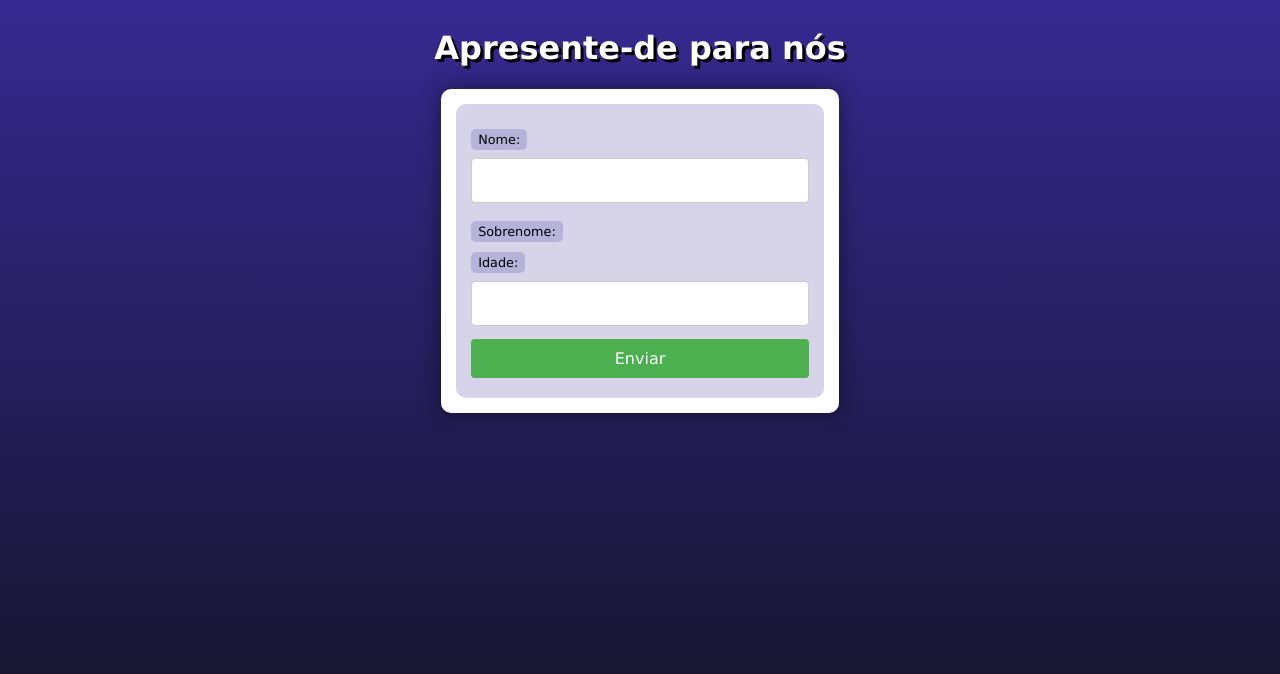
Repository: lcampagnaro/cursophp
Page: ex_form_php/Index.html
These files come from the project's save history. The page is drawn as it stood at one moment and after the next save; the edit follows.
The browser window is 1280 px wide. The pictures show the whole page.

Above is the page before, as saved 2023-08-29 14:13:16.

### ex_form_php/Index.html
<!DOCTYPE html>
<html lang="pt-br">
<head>
    <meta charset="UTF-8">
    <meta name="viewport" content="width=device-width, initial-scale=1.0">
    <title>Interação de Formulário PHP</title>
    <link rel="stylesheet" href="style.css">
</head>
<body>
    <header>
        <h1>Apresente-de para nós</h1>
    </header>
    <section>
        <form action="cad.php" method="get">
            <label for="nome">Nome:</label>
            <input type="text" name="nome" id="nome">
            <label for="sobrenome">Sobrenome:</label>
            <label for="idade">Idade:</label>
            <input type="number" name="idade" id="ididade">
            <input type="submit" value="Enviar">
        </form>

    </section>

</body>
</html>

### ex_form_php/style.css
@charset "UTF-8";

* {
    font-family: Verdana, Geneva, Tahoma, sans-serif;
    box-sizing: border-box;
}

/* ELEMENTOS DA INTERFACE */

body {
    background-color: #15142b;
    background-image: linear-gradient(180deg, #372991, #15142b);
    background-repeat: no-repeat;
    background-position: center center;
    background-size: cover;
    background-attachment: fixed;

    display: flex;
    flex-direction: column;
    flex-wrap: nowrap;
    justify-content: center;
    align-items: center;
}

header, main, section, article {
    max-width: 700px;
}

header > h1 {
    color: white;
    text-shadow: 3px 3px 0px black;
}

main, section, article {
    background-color: white;
    padding: 15px;
    margin-bottom: 20px;
    border-radius: 10px;
    box-shadow: 0px 0px 20px rgba(0, 0, 0, 0.502);
}

footer {
    display: block;
    width: 100vw;
    background-color: #291f6c;
    color: white;
    text-align: center;
    margin-top: auto;
    padding: 5px;
}

p {
    text-align: justify;
    line-height: 1.5em;
}

h2, h3, h4 {
    color: #372991;
    margin: 0 0 10px 0;
}

a {
    color: #15142b;
    background-color: rgba(55, 41, 145, 0.1);
    padding: 0 3px;
    font-weight: 600;
    text-decoration: none;
    border-bottom: .5px dotted #372991;
}

a:hover {
    color: #372991;
    border-bottom: 1px solid #372991;
}

/* TABELAS E LISTAS */

table {
    min-width: 400px;
    border-spacing: 0px;
    border: 0.5px solid #372991;
    margin: 10px auto;
}

table th {
    background-color: #372991;
    color: white;
    padding: 5px;
    text-align: left;
}

table td {
    padding: 5px;
}

table tr {
    background-color: rgba(55, 41, 145, 0.05);
}

table tr:nth-child(odd) {
    background-color: rgba(55, 41, 145, 0.3);
}

table.divisao {
    border: 1px solid white;
}

table.divisao td {
    background-color: white;
    padding: 20px;
    text-align: center;
    font-size: 2.5em;
}

table.divisao  tr:nth-child(1) td:nth-child(2) {
    border-bottom: 3px solid black;
    border-left: 3px solid black;
}

table.divisao tr:nth-child(2) td:nth-child(2) {
    border-left: 3px solid black;
}

table.divisao tr:nth-child(2) td:nth-child(1) {
    text-decoration: underline;
}

ul > li::marker {
    color: #372991;
}

/* ELEMENTOS DE FORMULÁRIO */

form {
    background-color: rgba(55, 41, 145, 0.2);
    padding: 15px;
    border-radius: 10px;
}

form label {
    display: block;
    width: fit-content;
    font-size: 0.8em;
    font-weight: 100;
    background-color: rgba(55, 41, 145, 0.2);
    padding: 3px 7px;
    margin-top: 10px;
    margin-bottom: 0px;
    border-radius: 5px;
}

input[type=text], [type=number], select, input[type=date], input[type=date], input[type=datetime], input[type=email], input[type=month], input[type=password], input[type=range], input[type=tel], input[type=time], input[type=week] {
    width: 100%;
    padding: 12px 20px;
    font-size: 1em;
    margin: 8px 0;
    display: inline-block;
    border: 1px solid #ccc;
    border-radius: 4px;
    box-sizing: border-box;
}

input[type=submit] {
    width: 100%;
    background-color: #4CAF50;
    font-size: 1em;
    color: white;
    padding: 10px 20px;
    margin: 5px 0;
    border: none;
    border-radius: 4px;
    cursor: pointer;
}

input[type=submit]:hover {
    background-color: #45a049;
}

input[type=reset] {
    width: 100%;
    background-color: #eb9903;
    font-size: 1em;
    color: white;
    padding: 10px 20px;
    margin: 5px 0;
    border: none;
    border-radius: 4px;
    cursor: pointer;
}

input[type=reset]:hover {
    background-color: #c27013;
}

input[type=button], button {
    width: 100%;
    background-color: #372991;
    font-size: 1em;
    color: white;
    padding: 10px 20px;
    margin: 5px 0;
    border: none;
    border-radius: 4px;
    cursor: pointer;
}

input[type=button]:hover, button:hover {
    background-color: #291f6c;
}

fieldset {
    border: 0.5px dotted #372991;
}

fieldset > legend {
    font-size: 0.8em;
    font-weight: 100;
    background-color: rgba(55, 41, 145, 0.2);
    padding: 3px 7px;
    border-radius: 5px;
}

input[type=radio] + label, input[type=checkbox] + label {
    display: inline-block;
    font-size: 1em;
    background-color: rgba(0, 0, 0, 0);
}

After the next save:
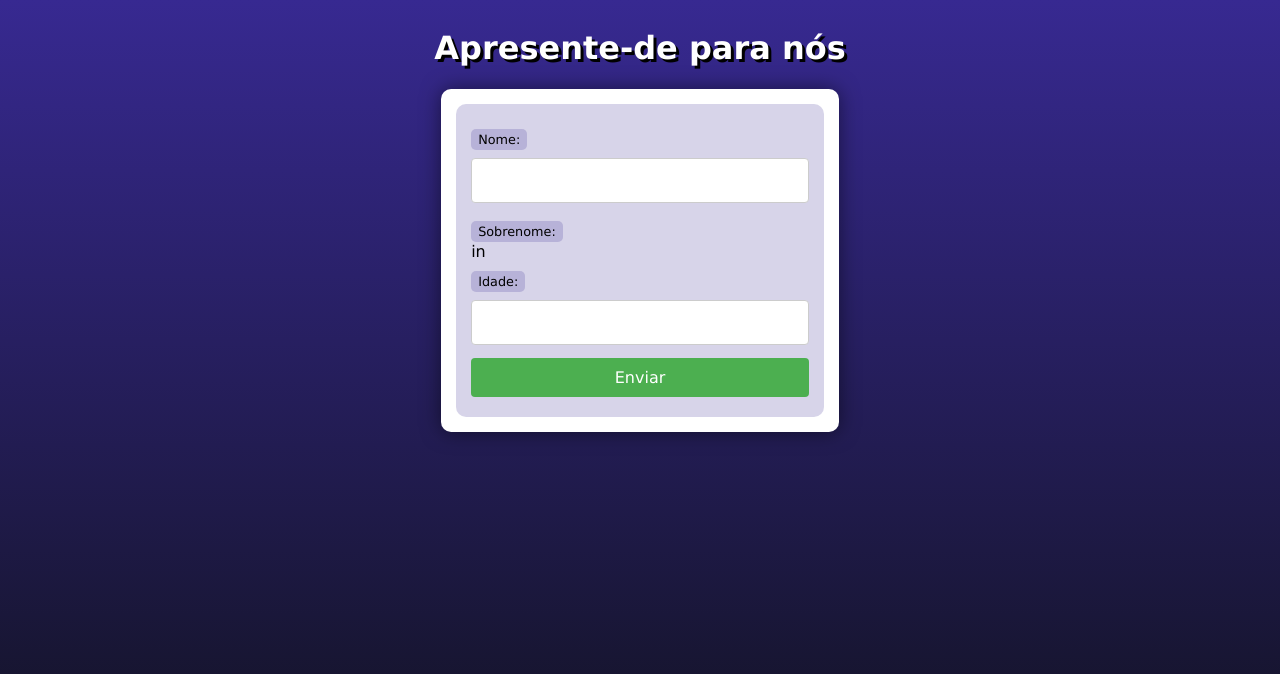
Saved 4 s later.
--- a/ex_form_php/Index.html
+++ b/ex_form_php/Index.html
@@ -15,6 +15,7 @@
             <label for="nome">Nome:</label>
             <input type="text" name="nome" id="nome">
             <label for="sobrenome">Sobrenome:</label>
+            in
             <label for="idade">Idade:</label>
             <input type="number" name="idade" id="ididade">
             <input type="submit" value="Enviar">
